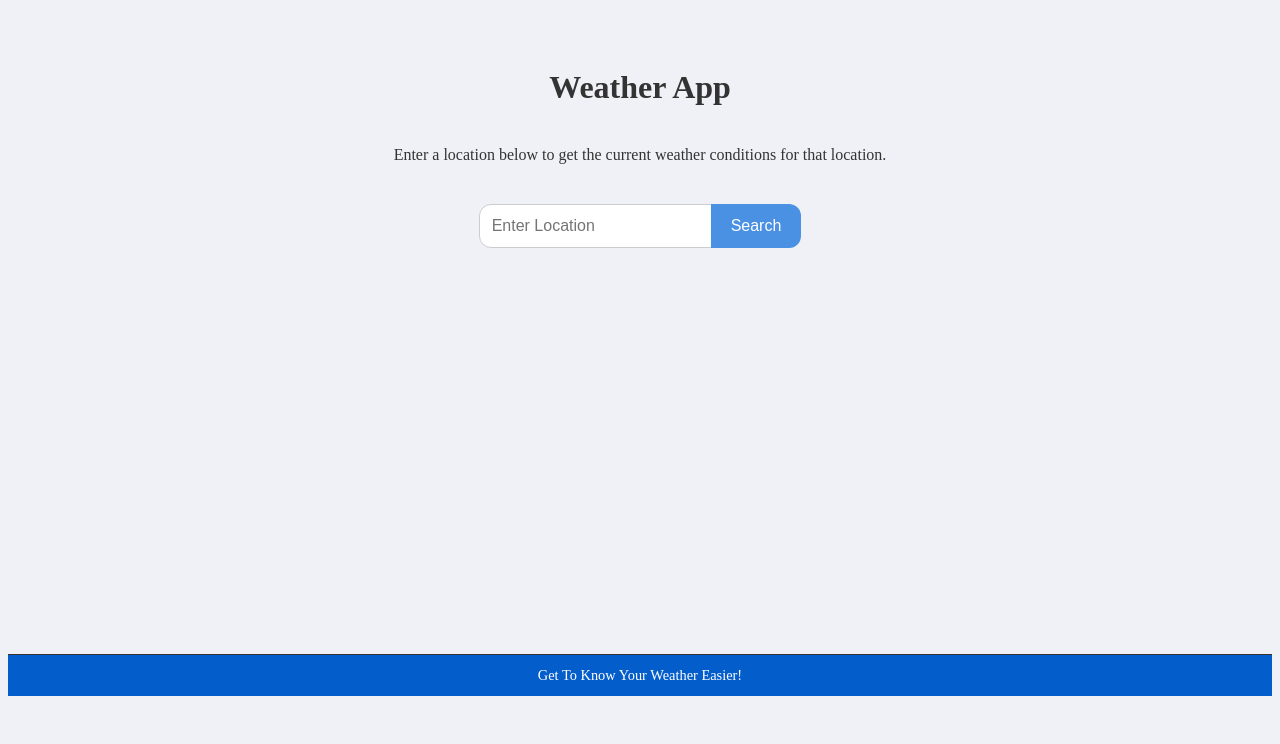
Repository: AlaaYou/Weather-App
Page: index.html
The author's editor kept a copy of each file at every save. The page is drawn from the files as they stood at one save, then again after the next save.
The browser window is 1280 px wide. The pictures show the whole page.

Above is the page before, as saved 2024-10-20 23:39:09.
Console error: TypeError: Cannot read properties of null (reading 'appendChild')

### index.html
<!DOCTYPE html>
<html lang="en">
  <head>
    <meta charset="UTF-8" />
    <meta name="viewport" content="width=device-width, initial-scale=1.0" />
    <link rel="stylesheet" href="styles.css" />
    <title>Weather App</title>
  </head>
  <body>
    <!-- Header -->
    <header>
      <h1>Weather App</h1><br>
      <p>
        Enter a location below to get the current weather conditions for that
        location.
      </p>
    </header>
    <!-- main content -->
    <main>
      <!-- search box -->
      <section class="search-box">
        <input type="text" id="location-input" placeholder="Enter Location" />

        <button id="search-button">Search</button>
      </section>
      <!-- errror /loading -->
      <div id="loading" style="display: none">Loading...</div>
      <div id="error" style="display: none">Error data Not Found</div>
      <!-- weather content -->
      <section
        class="weather-display"
        id="weather-display"
        style="display: none"
      >
        <div class="temp-display"><span id="temperature">--</span> °C</div>
        <div class="condition-display">
          <span id="condition">--</span>
        </div>

        <!-- condition info -->
        <div class="condition-info">
          <span id="wind-speed">Wind Speed: --</span>
          <span id="humidity">Humidity: --</span>
        </div>
      </section>
    </main>
    <!-- footer -->
    <footer>
      <p>Get To Know Your Weather Easier!</p>
    </footer>
    <!-- js goes here -->
    <script src="script.js"></script>
  </body>
</html>

### styles.css
@import url('https://fonts.googleapis.com/css2?family=Poppins:ital,wght@0,100;0,200;0,300;0,400;0,500;0,600;0,700;0,800;0,900;1,100;1,200;1,300;1,400;1,500;1,600;1,700;1,800;1,900&display=swap');

body,
h1,
:root{
  --clr: #0f0;
}

p {
  margin: 0;
  padding: 0;
}

body {
  display: flex;
  flex-direction: column;
  min-height: 90vh;
  background-color: #f0f1f6;
  padding: 40px 0;
  color: #333;
}

main {
  flex-grow: 1;
}

header {
  text-align: center;
  margin-bottom: 20px;
}

.search-box {
  display: flex;
  justify-content: center;
  align-items: center;
  margin: 20px 0;
}

input[type="text"] {
  padding: 12px;
  border: 1px solid #ccc;
  border-radius: 12px 0 0 12px;
  font-size: 1em;
  width: auto;
  margin-right: -1px;
}
button {
  background-color: #4a90e3;
  color: #ffff;
  border: none;
  border-radius: 0 12px 12px 0;
  padding: 13px 20px;
  cursor: pointer;
  font-size: 1em;
  transition: background-color 0.3s ease;
}

button:hover {
  background-color: #035dcb;
}

/* Weather content */
.weather-display {
  text-align: center;
  padding: 20px;
}

.temp-display,
.condition-display {
  font-size: 2.5em;
  margin-bottom: 10px;
}

.condition-info span {
  margin-right: 15px;
  font-size: 1.2em;
}

#loading,
#error {
  text-align: center;
  font-size: 1.2em;
  margin-top: 20px;
}
#loading {
  color: #4a90e3;
}
#error {
  color: red;
}
footer {
  text-align: center;
  background-color: #035dcb;
  color: #ffff;
  padding: 12px 0;
  border-top: 1px solid #333;
  font-size: 0.9em;
}

### script.js
async function fetchWeather(location) {
    //api
    const apiKey = "094b545dde613af5667ba10639a224f8";
    const url = `http://api.openweathermap.org/data/2.5/weather?q=${location}&appid=${apiKey}&units=metric`;
    const response = await fetch(url);

    if (response.ok) {
      const data = await response.json();
      return data;
    } else {
      throw new Error("Failed to fetch weather data");
    }
  }
  //Display the weather
  function dispplayWeather(data) {
    console.log(data);
    //select the  DOM
    const weatherDisplay = document.getElementById("weather-display");
    const temperature = document.getElementById("temperature");
    const condition = document.getElementById("condition");
    const windSpeed = document.getElementById("wind-speed");
    const humidity = document.getElementById("humidity");

    temperature.textContent = data.main.temp;
    condition.textContent = data.weather[0].main;
    windSpeed.textContent = `Wind Speed: ${data.wind.speed}m/s`;
    humidity.textContent = `Humidity: ${data.main.humidity}%`;
    weatherDisplay.style.display = "block";
  }

  function toggleElementVisibility(id, show) {
    const element = document.getElementById(id);
    element.style.display = show ? "block" : "none";
  }

  //DOM content Loaded
  document.addEventListener("DOMContentLoaded", () => {
    const searchButton = document.getElementById("search-button");
    const locationInput = document.getElementById("location-input");
    searchButton.addEventListener("click", async () => {
      toggleElementVisibility("loading", true); //Show loading
      toggleElementVisibility("error", false);

      //get data
      const location = locationInput.value;

      try {
        const weatherData = await fetchWeather(location);
        toggleElementVisibility("loading", false);
        dispplayWeather(weatherData);
        console.log(weatherData);
      } catch (error) {
        toggleElementVisibility("error", true);
        toggleElementVisibility("loading", false);
      }
    });
  });

  function randomText(){
    var text = ("!@#$%^*()")
    letters =text[Math.floor(Math.random() * text.length)];
    return letters;
}

function rain() {
    let cloud = document.querySelector('.cloud');
    let e = document.createElement('div');
    e.classList.add('drop');
    cloud.appendChild(e);

    let left = Math.floor(Math.random() * 300)
    let size = Math.random() * 1.5;
    let duration = Math.random() *1;

    e.innerText = randomText();
    e.style.left = left + 'px';
    e.style.fontSize = 0.5+size +'em';
    e.style.animationDuration = 1+duration+'s';

      setTimeout(function(){
      cloud.removeChild(e)
      },2000)
}

setInterval(function(){
    rain()
},20);

After the next save:
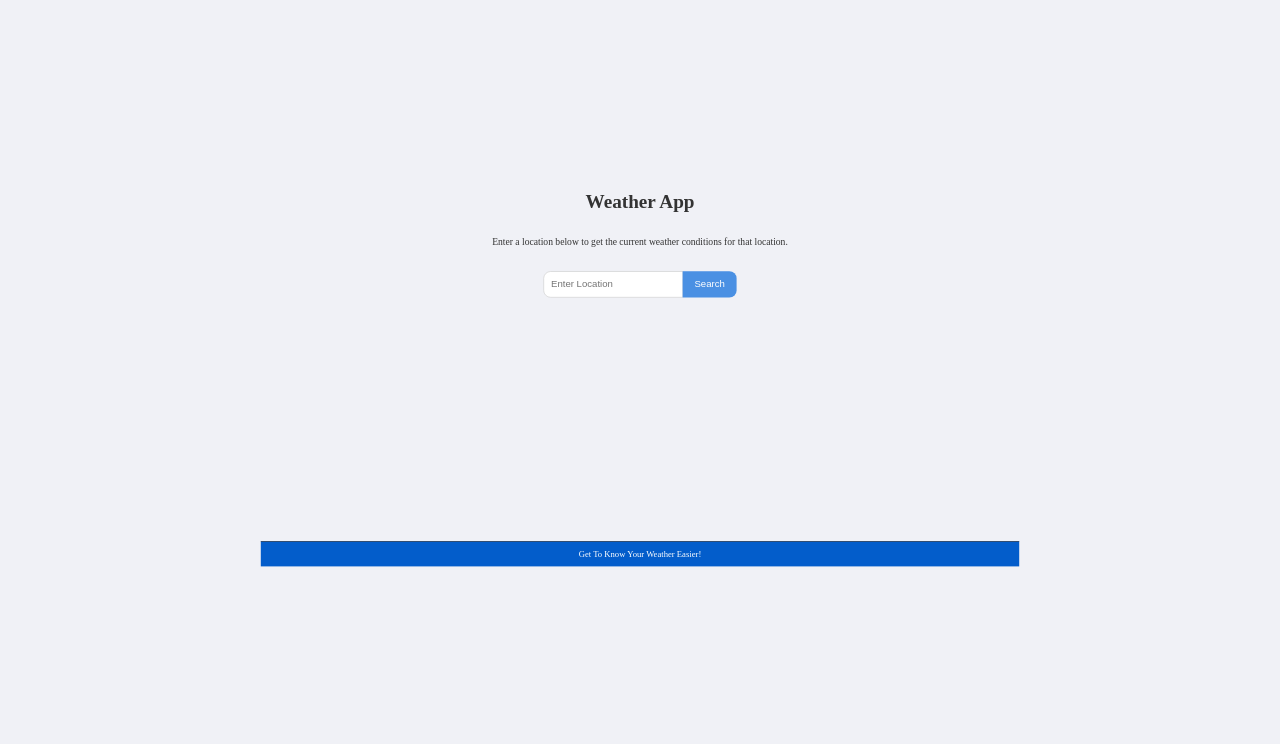
Saved 30 s later.
--- a/styles.css
+++ b/styles.css
@@ -18,6 +18,7 @@ body {
   background-color: #f0f1f6;
   padding: 40px 0;
   color: #333;
+  transform: scale(0.6);
 }
 
 main {
